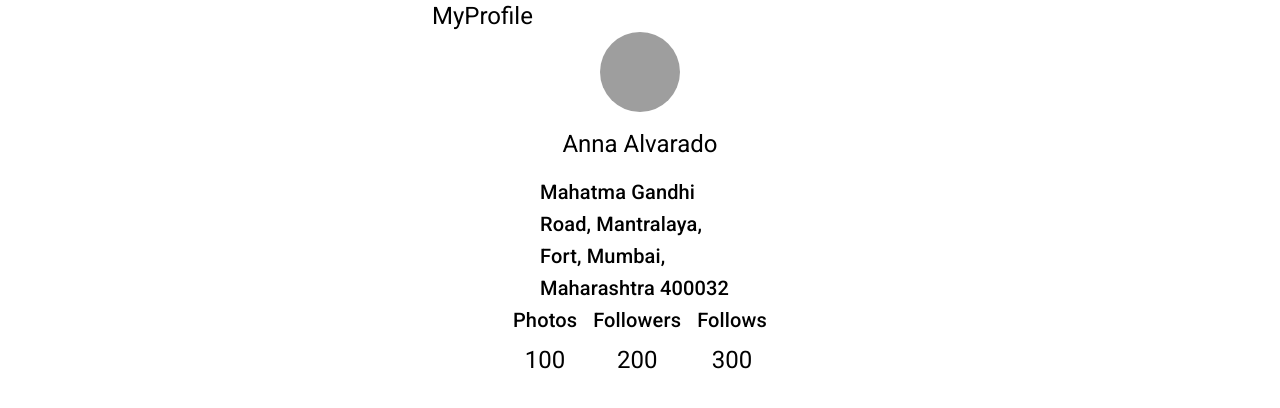
Repository: GokulDev4U/Immence_task
Page: /myProfile
The author's editor kept a copy of each file at every save. The page is drawn from the files as they stood at one save, then again after the next save.
The browser window is 1280 px wide. The pictures show the whole page.
Pictures or frames that could not be fetched are drawn as grey boxes. The project was rebuilt for these pictures with package versions that can differ from the ones it lists, and the page was loaded fresh each time. Also part of the build but not shown: src/App.css, src/components/SinglePost/SinglePost.jsx, src/data/posts.js, src/components/Home/Home.jsx, src/data/userdata.js, src/components/ConversationList/ConversationList.jsx, src/components/Conversation/Conversation.jsx.

Above is the page before, as saved 2022-05-07 17:44:24.

### public/index.html
<!DOCTYPE html>
<html lang="en">
  <head>
    <meta charset="utf-8" />
    <link rel="icon" href="%PUBLIC_URL%/favicon.ico" />
    <meta name="viewport" content="width=device-width, initial-scale=1" />
    <meta name="theme-color" content="#000000" />
    <meta
      name="description"
      content="Web site created using create-react-app"
    />
    <link rel="apple-touch-icon" href="%PUBLIC_URL%/logo192.png" />
    <link
  rel="stylesheet"
  href="https://fonts.googleapis.com/css?family=Roboto:300,400,500,700&display=swap"
/>
<link
  rel="stylesheet"
  href="https://fonts.googleapis.com/icon?family=Material+Icons"
/>
    <!--
      manifest.json provides metadata used when your web app is installed on a
      user's mobile device or desktop. See https://developers.google.com/web/fundamentals/web-app-manifest/
    -->
    <link rel="manifest" href="%PUBLIC_URL%/manifest.json" />
    <!--
      Notice the use of %PUBLIC_URL% in the tags above.
      It will be replaced with the URL of the `public` folder during the build.
      Only files inside the `public` folder can be referenced from the HTML.

      Unlike "/favicon.ico" or "favicon.ico", "%PUBLIC_URL%/favicon.ico" will
      work correctly both with client-side routing and a non-root public URL.
      Learn how to configure a non-root public URL by running `npm run build`.
    -->
    <title>React App</title>
  </head>
  <body>
    <noscript>You need to enable JavaScript to run this app.</noscript>
    <div id="root"></div>
    <!--
      This HTML file is a template.
      If you open it directly in the browser, you will see an empty page.

      You can add webfonts, meta tags, or analytics to this file.
      The build step will place the bundled scripts into the <body> tag.

      To begin the development, run `npm start` or `yarn start`.
      To create a production bundle, use `npm run build` or `yarn build`.
    -->
  </body>
</html>

### src/App.js
import "./App.css";
import { BrowserRouter, Routes, Route } from "react-router-dom";
import Home from "./components/Home/Home";
import Conversation from "./components/Conversation/Conversation";
import MyProfile from "./components/MyProfile/MyProfile";

function App() {
  return (
    <div className="App">
      <BrowserRouter>
        <Routes>
          <Route path="/" element={<Home />} />
          <Route path="/conversation" element={<Conversation />} />
          <Route path="/myProfile" element={<MyProfile />} />
        </Routes>
      </BrowserRouter>
    </div>
  );
}

export default App;

### src/components/MyProfile/MyProfile.jsx
import React from 'react';
import Grid from '@mui/material/Grid';
import Box from '@mui/material/Box';
import Avatar from '@mui/material/Avatar';
import Typography from '@mui/material/Typography';
import Stack from '@mui/material/Stack';
import Card from '../Card/Card';


const MyProfile = () => {
    return (
        <Box sx={{ flexGrow: 1 }}>
            <Grid container spacing={2}>
                <Grid item xs={4}></Grid>
                <Grid item xs={4}>
                    <Typography variant="h5">MyProfile</Typography>
                    <Stack direction="column" spacing={2} sx={{ alignItems: 'center' }}>
                        <Avatar alt="Remy Sharp" sx={{ width: 80, height: 80 }} src="https://static.remove.bg/remove-bg-web/a8b5118d623a6b3f4b7813a78c686de384352145/assets/start_remove-c851bdf8d3127a24e2d137a55b1b427378cd17385b01aec6e59d5d4b5f39d2ec.png" />
                        <Typography variant="h5">Anna Alvarado</Typography>
                        <Typography variant="h6" sx={{ maxWidth: 200 }}>Mahatma Gandhi Road, Mantralaya, Fort, Mumbai, Maharashtra 400032</Typography>
                    </Stack>
                    <Stack direction="row" spacing={2} sx={{ justifyContent: 'center' }}>
                        <Card text="Photos" number="100" />
                        <Card text="Followers" number="200" />
                        <Card text="Follows" number="300" />
                    </Stack>
                </Grid>
                <Grid item xs={4}></Grid>
            </Grid>
        </Box>
    );
};

export default MyProfile;

### src/components/Card/Card.jsx
import React from 'react';
import Typography from '@mui/material/Typography';
import Stack from '@mui/material/Stack';

const Card = ({ text, number }) => {
    return (
        <Stack direction="column" spacing={1} sx={{ alignItems: 'center' }}>
            <Typography variant="h6">{text}</Typography>
            <Typography variant="h5">{number}</Typography>
        </Stack>
    );
};

export default Card;

Loaded but not shown: src/index.js (common file); src/index.css (common file); src/reportWebVitals.js (common file)

After the next save:
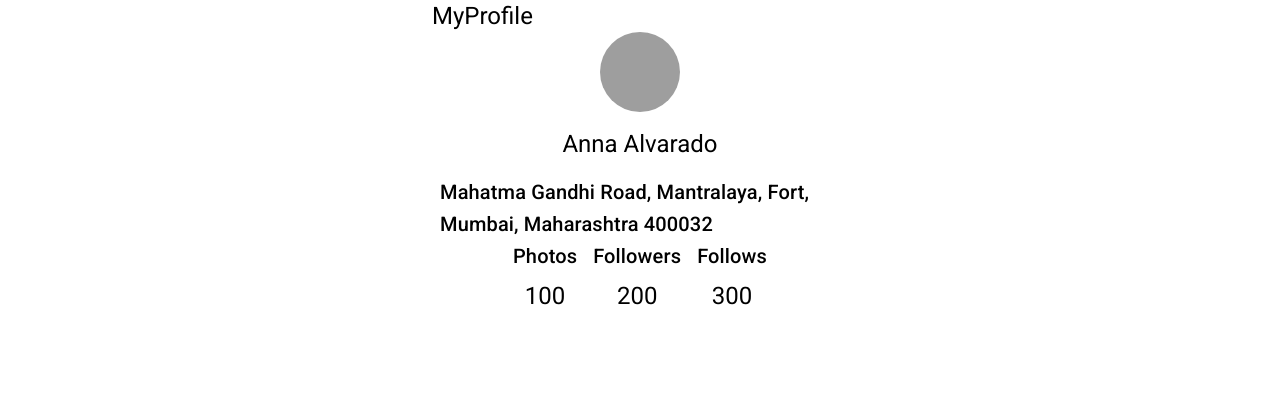
Saved 15 s later.
--- a/src/components/MyProfile/MyProfile.jsx
+++ b/src/components/MyProfile/MyProfile.jsx
@@ -17,7 +17,7 @@ const MyProfile = () => {
                     <Stack direction="column" spacing={2} sx={{ alignItems: 'center' }}>
                         <Avatar alt="Remy Sharp" sx={{ width: 80, height: 80 }} src="https://static.remove.bg/remove-bg-web/a8b5118d623a6b3f4b7813a78c686de384352145/assets/start_remove-c851bdf8d3127a24e2d137a55b1b427378cd17385b01aec6e59d5d4b5f39d2ec.png" />
                         <Typography variant="h5">Anna Alvarado</Typography>
-                        <Typography variant="h6" sx={{ maxWidth: 200 }}>Mahatma Gandhi Road, Mantralaya, Fort, Mumbai, Maharashtra 400032</Typography>
+                        <Typography variant="h6" sx={{ maxWidth: 400 }}>Mahatma Gandhi Road, Mantralaya, Fort, Mumbai, Maharashtra 400032</Typography>
                     </Stack>
                     <Stack direction="row" spacing={2} sx={{ justifyContent: 'center' }}>
                         <Card text="Photos" number="100" />
